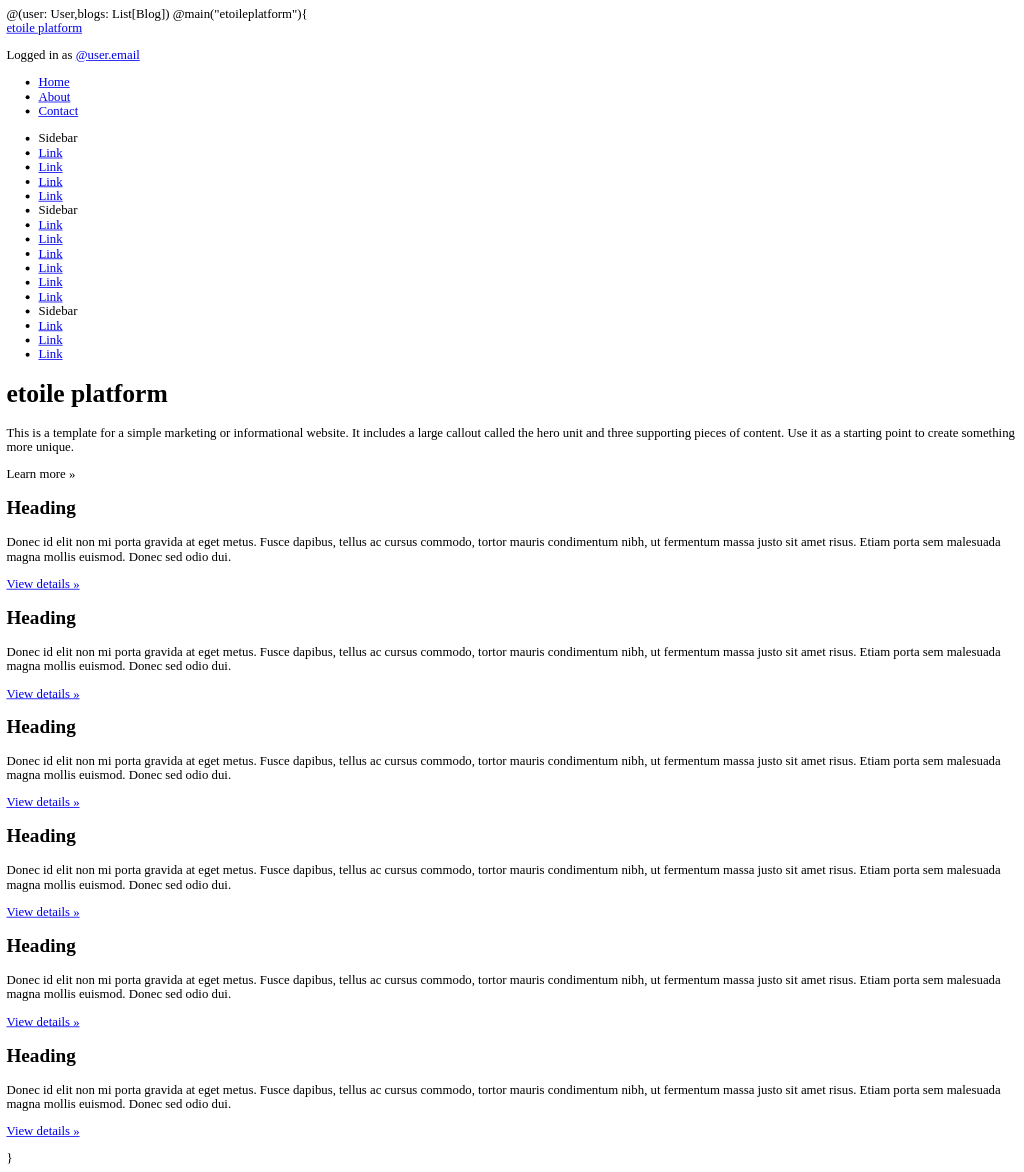
Repository: lopesdasilva/etoile
Page: etoile-play/.target/views/home.scala.html
These files come from the project's save history. The page is drawn as it stood at one moment and after the next save; the edit follows.
The browser window is 1280 px wide. The pictures show the whole page, at 80% of full size.

Above is the page before, as saved 2012-10-23 14:23:38.

### etoile-play/.target/views/home.scala.html
@(user: User,blogs: List[Blog])
@main("etoileplatform"){



    <div class="navbar navbar-inverse navbar-fixed-top">
      <div class="navbar-inner">
        <div class="container-fluid">
          <a class="btn btn-navbar" data-toggle="collapse" data-target=".nav-collapse">
            <span class="icon-bar"></span>
            <span class="icon-bar"></span>
            <span class="icon-bar"></span>
          </a>
          <a class="brand" href="#">etoile platform</a>
          <div class="nav-collapse collapse">
            <p class="navbar-text pull-right">
              Logged in as <a href="#" class="navbar-link">@user.email</a>
            </p>
            <ul class="nav">
              <li class="active"><a href="#">Home</a></li>
              <li><a href="#about">About</a></li>
              <li><a href="#contact">Contact</a></li>
            </ul>
          </div><!--/.nav-collapse -->
        </div>
      </div>
    </div>
 <div class="container-fluid">
      <div class="row-fluid">
        <div class="span3">
          <div class="well sidebar-nav">
            <ul class="nav nav-list">
              <li class="nav-header">Sidebar</li>
              <li class="active"><a href="#">Link</a></li>
              <li><a href="#">Link</a></li>
              <li><a href="#">Link</a></li>
              <li><a href="#">Link</a></li>
              <li class="nav-header">Sidebar</li>
              <li><a href="#">Link</a></li>
              <li><a href="#">Link</a></li>
              <li><a href="#">Link</a></li>
              <li><a href="#">Link</a></li>
              <li><a href="#">Link</a></li>
              <li><a href="#">Link</a></li>
              <li class="nav-header">Sidebar</li>
              <li><a href="#">Link</a></li>
              <li><a href="#">Link</a></li>
              <li><a href="#">Link</a></li>
            </ul>
          </div><!--/.well -->
        </div><!--/span-->
       <div class="span9">
          <div class="hero-unit">
            <h1>etoile platform</h1>
            <p>This is a template for a simple marketing or informational website. It includes a large callout called the hero unit and three supporting pieces of content. Use it as a starting point to create something more unique.</p>
            <p><a class="btn btn-primary btn-large">Learn more &raquo;</a></p>
          </div>
          <div class="row-fluid">
            <div class="span4">
              <h2>Heading</h2>
              <p>Donec id elit non mi porta gravida at eget metus. Fusce dapibus, tellus ac cursus commodo, tortor mauris condimentum nibh, ut fermentum massa justo sit amet risus. Etiam porta sem malesuada magna mollis euismod. Donec sed odio dui. </p>
              <p><a class="btn" href="#">View details &raquo;</a></p>
            </div><!--/span-->
            <div class="span4">
              <h2>Heading</h2>
              <p>Donec id elit non mi porta gravida at eget metus. Fusce dapibus, tellus ac cursus commodo, tortor mauris condimentum nibh, ut fermentum massa justo sit amet risus. Etiam porta sem malesuada magna mollis euismod. Donec sed odio dui. </p>
              <p><a class="btn" href="#">View details &raquo;</a></p>
            </div><!--/span-->
            <div class="span4">
              <h2>Heading</h2>
              <p>Donec id elit non mi porta gravida at eget metus. Fusce dapibus, tellus ac cursus commodo, tortor mauris condimentum nibh, ut fermentum massa justo sit amet risus. Etiam porta sem malesuada magna mollis euismod. Donec sed odio dui. </p>
              <p><a class="btn" href="#">View details &raquo;</a></p>
            </div><!--/span-->
          </div><!--/row-->
          <div class="row-fluid">
            <div class="span4">
              <h2>Heading</h2>
              <p>Donec id elit non mi porta gravida at eget metus. Fusce dapibus, tellus ac cursus commodo, tortor mauris condimentum nibh, ut fermentum massa justo sit amet risus. Etiam porta sem malesuada magna mollis euismod. Donec sed odio dui. </p>
              <p><a class="btn" href="#">View details &raquo;</a></p>
            </div><!--/span-->
            <div class="span4">
              <h2>Heading</h2>
              <p>Donec id elit non mi porta gravida at eget metus. Fusce dapibus, tellus ac cursus commodo, tortor mauris condimentum nibh, ut fermentum massa justo sit amet risus. Etiam porta sem malesuada magna mollis euismod. Donec sed odio dui. </p>
              <p><a class="btn" href="#">View details &raquo;</a></p>
            </div><!--/span-->
            <div class="span4">
              <h2>Heading</h2>
              <p>Donec id elit non mi porta gravida at eget metus. Fusce dapibus, tellus ac cursus commodo, tortor mauris condimentum nibh, ut fermentum massa justo sit amet risus. Etiam porta sem malesuada magna mollis euismod. Donec sed odio dui. </p>
              <p><a class="btn" href="#">View details &raquo;</a></p>
            </div><!--/span-->
          </div><!--/row-->
        </div><!--/span-->
      </div><!--/row-->


        </div>
        </div>
}

After the next save:
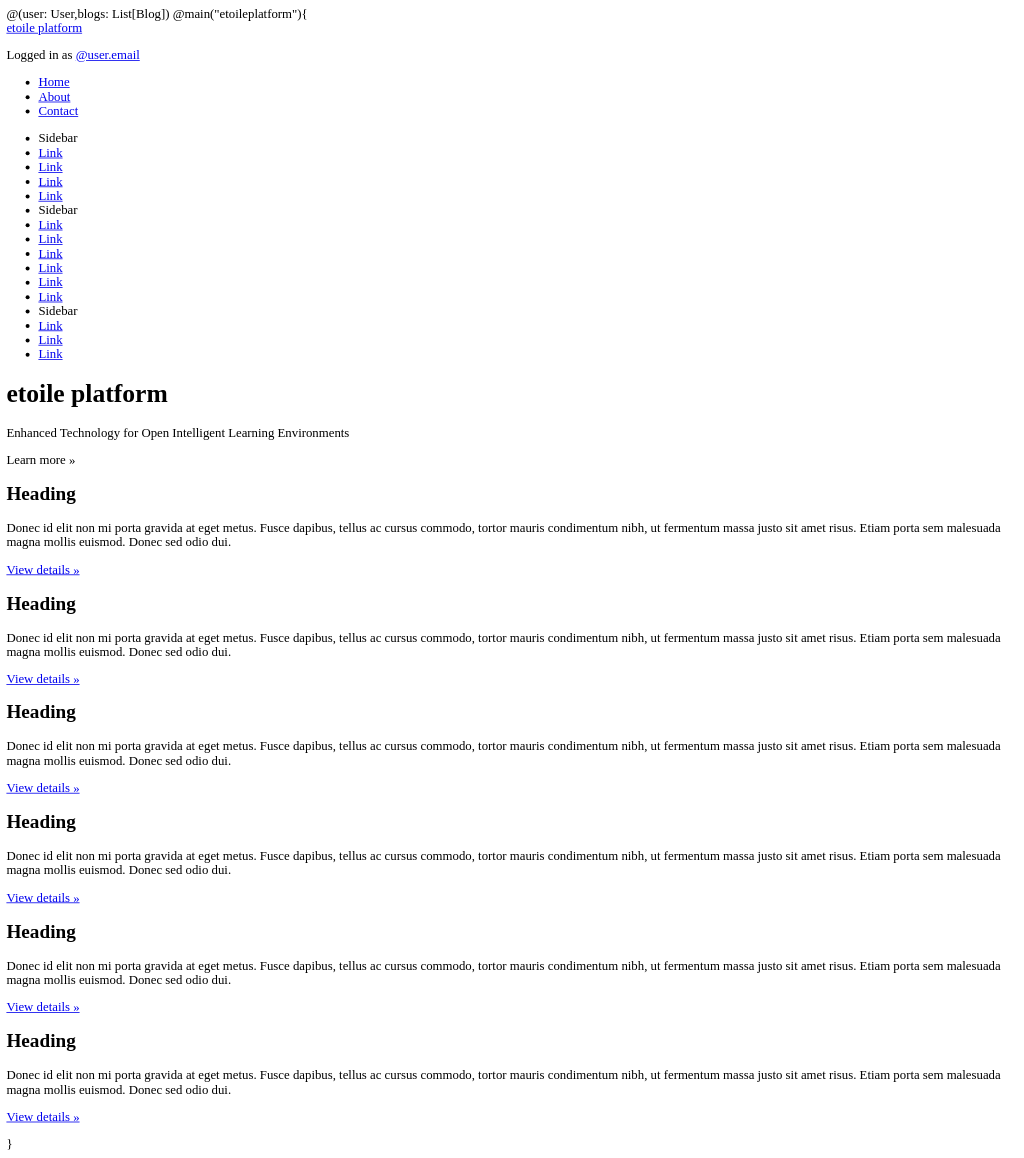
Saved 22 s later.
--- a/etoile-play/.target/views/home.scala.html
+++ b/etoile-play/.target/views/home.scala.html
@@ -52,7 +52,7 @@
        <div class="span9">
           <div class="hero-unit">
             <h1>etoile platform</h1>
-            <p>This is a template for a simple marketing or informational website. It includes a large callout called the hero unit and three supporting pieces of content. Use it as a starting point to create something more unique.</p>
+            <p>Enhanced Technology for Open Intelligent Learning Environments</p>
             <p><a class="btn btn-primary btn-large">Learn more &raquo;</a></p>
           </div>
           <div class="row-fluid">
